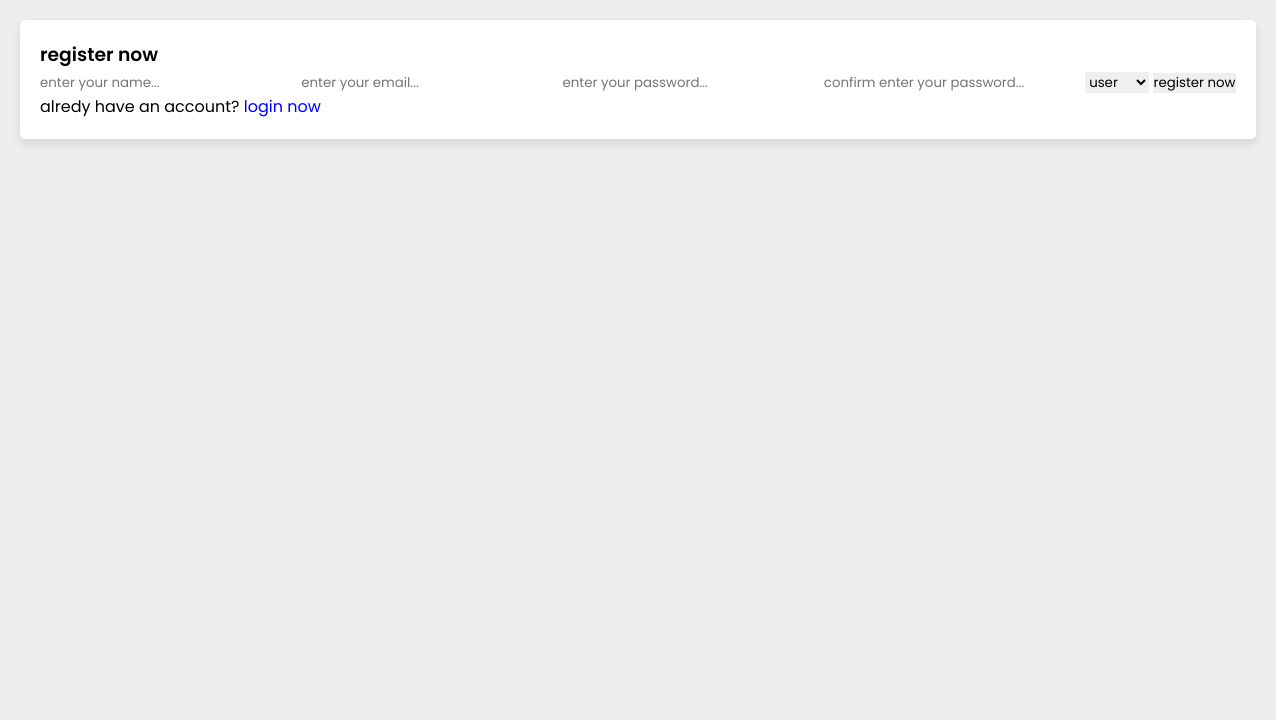
Repository: yennobita/FPT-PHP1
Page: http://localhost/user/register_form.php
The author's editor kept a copy of each file at every save. The page is drawn from the files as they stood at one save, then again after the next save.
The browser window is 1280 px wide. The pictures show the whole page.
The page is run by PHP 8.4 with error messages shown; the project is at /var/www/html/.

Above is the page before, as saved 2022-07-24 21:22:34.

After the next save:
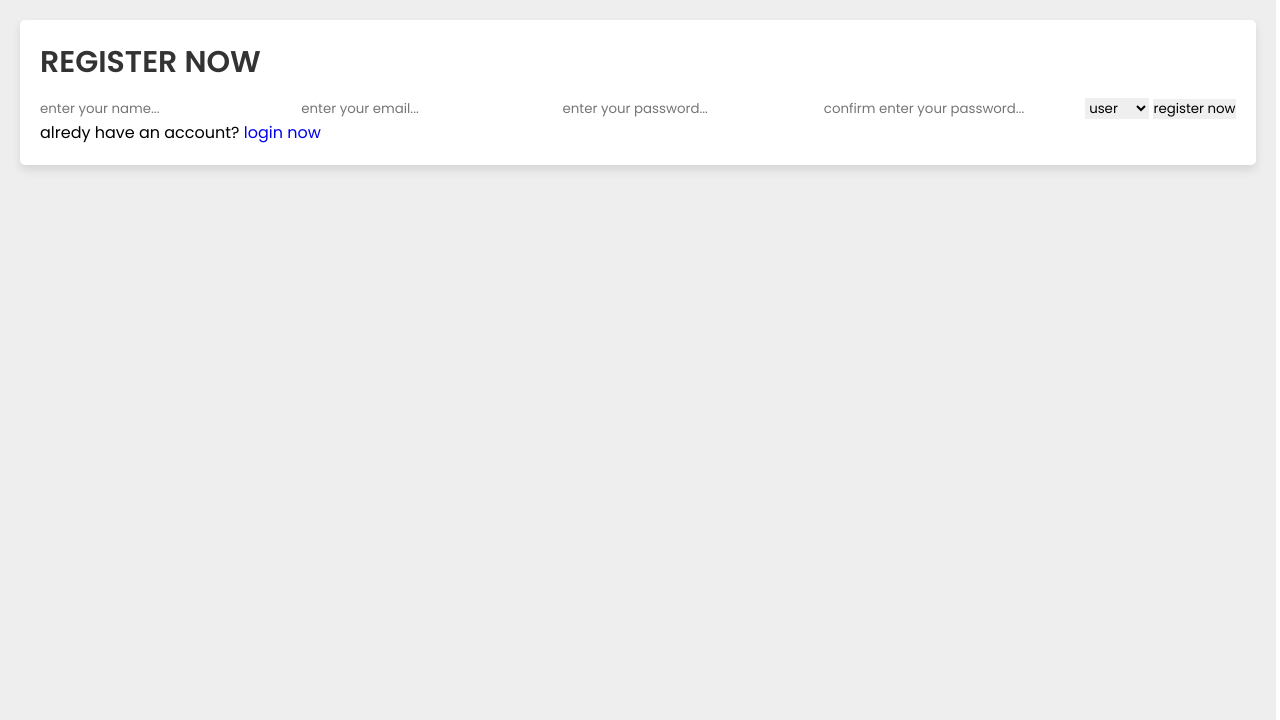
Saved 57 s later.
--- a/ASM_PHP1/user/register_form.php
+++ b/ASM_PHP1/user/register_form.php
@@ -33,6 +33,13 @@
         background: #fff;
     }
     .form-container form h3 {
+        font-size: 30px;
+        text-transform: uppercase;
+        margin-bottom: 10px;
+        color: #333;
+
+    }
+    .form-container form input {
 
     }
     </style>
